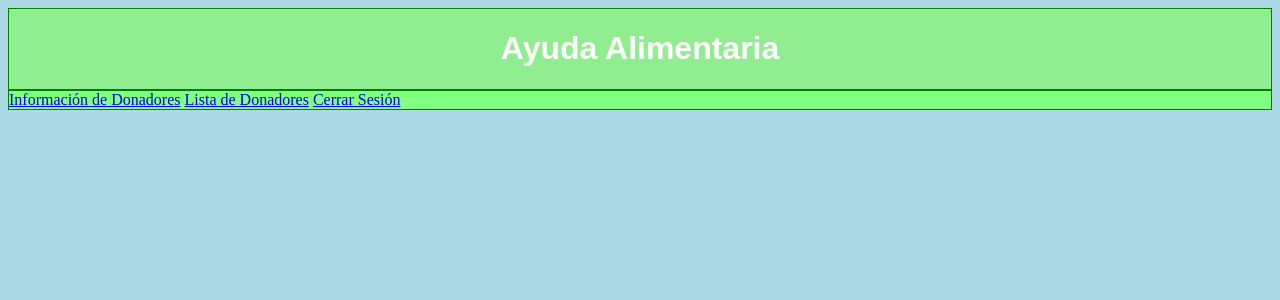
Repository: sonicspeed1/examen1_codigo_bryansantillan
Page: http://localhost/examen_1_bryan_santillan/informacion_donadores.jsp
These files come from the project's save history. The page is drawn as it stood at one moment and after the next save; the edit follows.
The browser window is 1280 px wide. The pictures show the whole page.
The page is served by Tomcat 9. Other server files are loaded and not shown.

Above is the page before, as saved 2024-05-26 18:14:33.

### examen_1_bryan_santillan/src/main/webapp/informacion_donadores.jsp
<%@ page language="java" contentType="text/html; charset=UTF-8"
    pageEncoding="UTF-8"%>
<!DOCTYPE html>
<html>
<head>
<meta charset="UTF-8">
<title>Información de Donadores</title>
<link href="estilo.css" rel="stylesheet"/>
</head>
<body class="cuerpo">
<div class="cuadro">
<h1 class="titulo">Ayuda Alimentaria</h1>
</div>
<nav>
<ul class="menu">
<li class="item"><a href="informacion_donadores.jsp">Información de Donadores</a></li>
<li class="item"><a href="Lista_donadores.jsp">Lista de Donadores</a></li>
<li class="item"><a href="cerrar_sesion.jsp">Cerrar Sesión</a></li>
</ul>
</nav>

</body>
</html>

### examen_1_bryan_santillan/src/main/webapp/estilo.css
@charset "UTF-8";
.cuerpo{
	background-color: lightblue;
}
.cuadro{
	background-color:lightgreen;
	border: 1px solid green;
	display: block;

}
.cuadro2 {
    background-color: #b4aed0;
    border-radius: 5px;
    border: 1px solid purple;
    height: 400px;
    width: 400px;
}
.cuadro3{
	    background: linear-gradient(to right,red,pink);
	    text-align:center;
	    color: white;
	     border: 1px solid darkred;
}
.titulo{
	color: white;
	transition: color 0.3s, text-shadow 0.3s;
	font-family: 'Comic Sans MS', cursive, sans-serif;
	 text-align: center;
}

.titulo:hover {
    color: blue;
    text-shadow: 2px 2px 5px rgba(0, 0, 0, 0.5);
}
.menu{
	list-style-type: none;
    padding: 0;
    background-color: #80ff80;
    border: 1px solid green;
    margin: 0 auto;
    }
.item {
    display: inline-block;
    position: relative;
}
.container {
    display: flex;
    justify-content: center;
    align-items: center;
    margin-top: 20px;
}
.titulo2{
	color: white;
	transition: color 0.3s, text-shadow 0.3s;
	font-family: 'Comic Sans MS', cursive, sans-serif;
	 text-align: center;
}

.titulo2:hover {
    color: red;
    text-shadow: 2px 2px 5px rgba(0, 0, 0, 0.5);
}
.item_login{
	   display: flex;
    justify-content: center;
    align-items: center;
    margin-bottom: 20px;
}
.button{
	background-color: purple;
	border-radius: 5px;
	color: white;
	padding: 10px 20px;
	margin: 15px;
	font-family: 'Comic Sans MS', cursive, sans-serif;
}
.hiper{
	margin-right: 25px;
}

.item_reg{
	   display: flex;
	   margin-bottom:20px;
}

After the next save:
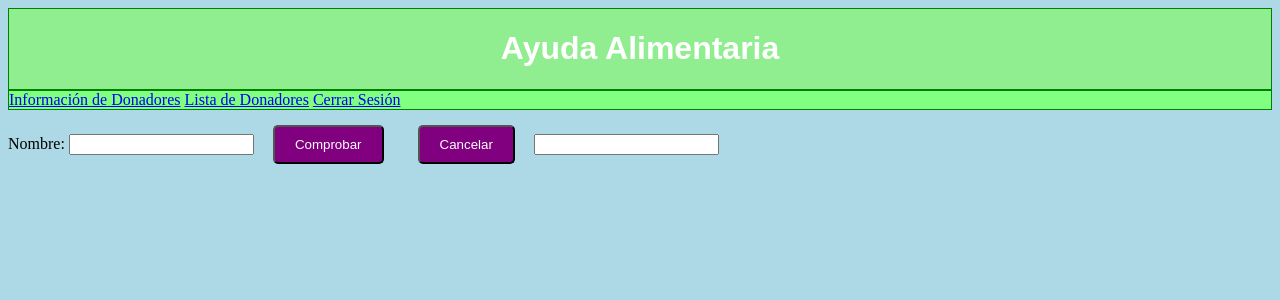
Saved 2 h 4 min later.
--- a/examen_1_bryan_santillan/src/main/webapp/informacion_donadores.jsp
+++ b/examen_1_bryan_santillan/src/main/webapp/informacion_donadores.jsp
@@ -1,5 +1,5 @@
 <%@ page language="java" contentType="text/html; charset=UTF-8"
-    pageEncoding="UTF-8"%>
+    pageEncoding="UTF-8" import="usuario.*"%>
 <!DOCTYPE html>
 <html>
 <head>
@@ -18,6 +18,12 @@
 <li class="item"><a href="cerrar_sesion.jsp">Cerrar Sesión</a></li>
 </ul>
 </nav>
+<form action="informacion_donadores.jsp" method="post">
+<label>Nombre: <input type="text" name="nom"></label>
+<input type="submit" class="button" value="Comprobar">
+<input type="reset" class="button" value="Cancelar">
+<input>
+</form>
 
 </body>
 </html>
